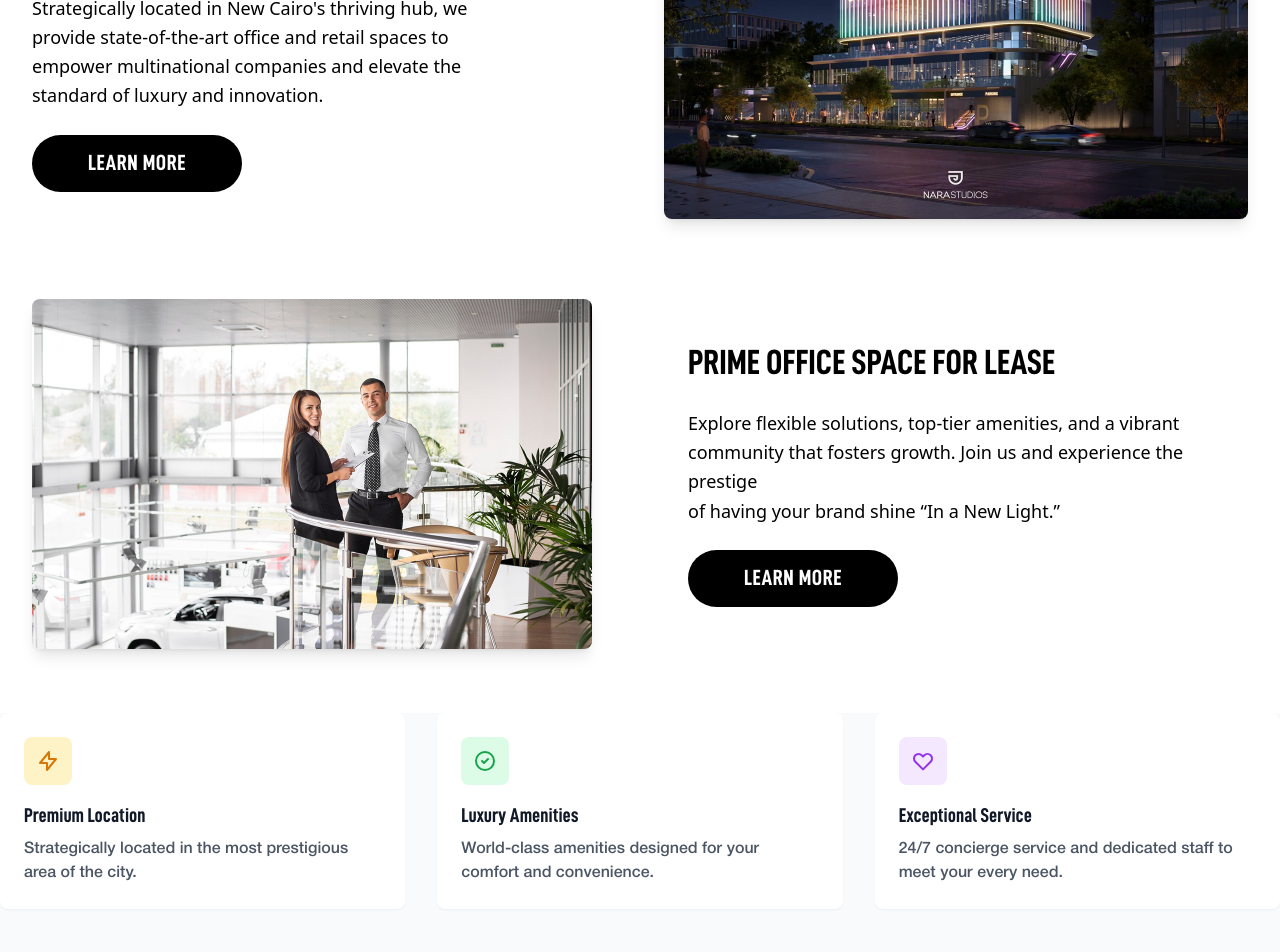
Repository: ahmedassr5765/dune
Page: index.html
An editor plug-in stored every save of this project. The page is shown before and after the next save, followed by the edit.
The browser window is 1280 px wide. The pictures show the part of the page from y = 1392 to 2344 px (the page is 2453 px tall).
Some web libraries are served in a nearby version.

Above is the page before, as saved 2025-07-12 18:33:46.

After the next save:
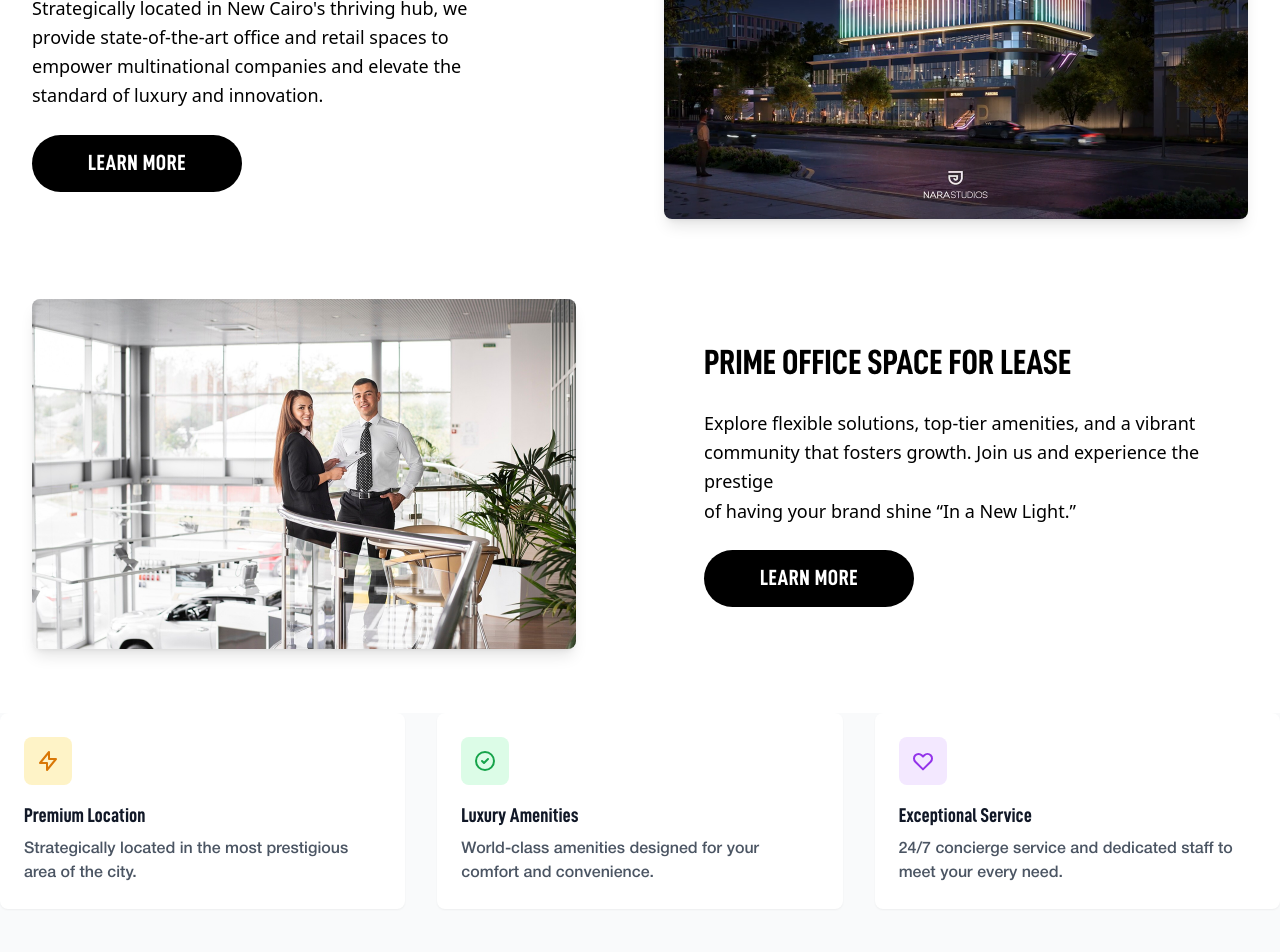
Saved 8 s later.
--- a/index.html
+++ b/index.html
@@ -216,7 +216,7 @@
             </div>
 
             <!-- Prime Office Space Block -->
-            <div class="grid md:grid-cols-2 gap-[6rem] items-center">
+            <div class="grid md:grid-cols-2 gap-[128px] items-center">
                 <!-- Image -->
                 <div class="relative order-2 md:order-1">
                     <img src="/images/office.png" alt="Office Interior" class="w-[600px] h-[350px] object-cover rounded-lg shadow-lg">
